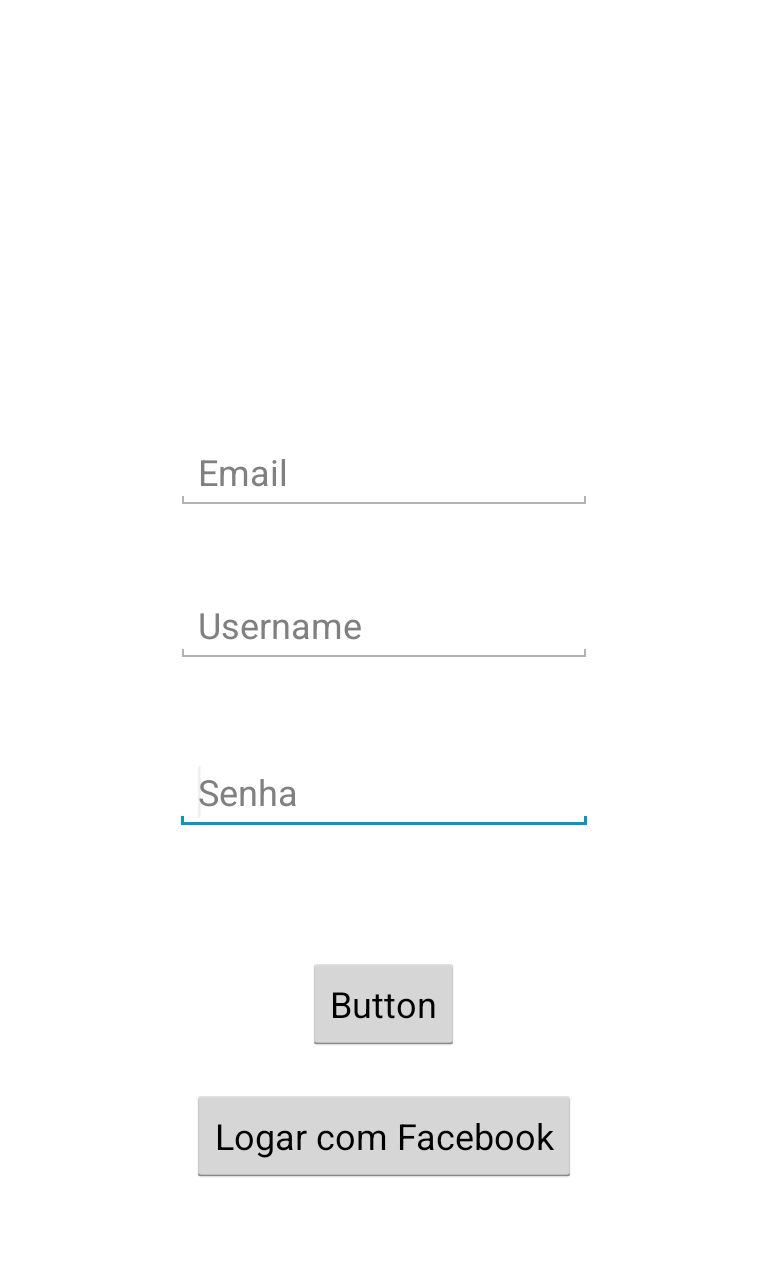
Repository: sergiofffilho/TrocandoIdeias
Layout: workspace/TrocandoIdeias/res/layout/activity_cadastro.xml
These files come from the project's save history. The layout is drawn as it stood at one moment and after a run of saves; the edit follows.
It is drawn on a 768 x 1280 px phone screen (xhdpi) without system bars, with theme AppTheme; the app's code is not run. The app's manifest (not shown) leaves right-to-left support off. So textAlignment, textDirection and layoutDirection are ignored, and left and right values win over start and end ones.

Above is the layout before, as saved 2015-04-25 16:20:26.

### workspace/TrocandoIdeias/res/layout/activity_cadastro.xml
<RelativeLayout xmlns:android="http://schemas.android.com/apk/res/android"
    xmlns:tools="http://schemas.android.com/tools"
    android:layout_width="match_parent"
    android:layout_height="match_parent"
    android:paddingBottom="@dimen/activity_vertical_margin"
    android:paddingLeft="@dimen/activity_horizontal_margin"
    android:paddingRight="@dimen/activity_horizontal_margin"
    android:paddingTop="@dimen/activity_vertical_margin"
    tools:context="ufc.quixada.trocandoideias.Cadastro" >

    <EditText
        android:id="@+id/editText2"
        android:layout_width="wrap_content"
        android:layout_height="wrap_content"
        android:layout_above="@+id/editText3"
        android:layout_centerHorizontal="true"
        android:layout_marginBottom="44dp"
        android:ems="10"
        android:hint="@string/usernameCadastro" />

    <EditText
        android:id="@+id/editText1"
        android:layout_width="wrap_content"
        android:layout_height="wrap_content"
        android:layout_above="@+id/editText2"
        android:layout_centerHorizontal="true"
        android:layout_marginBottom="37dp"
        android:ems="10"
        android:hint="@string/email"
        android:inputType="textEmailAddress" />

    <EditText
        android:id="@+id/editText3"
        android:layout_width="wrap_content"
        android:layout_height="wrap_content"
        android:layout_above="@+id/button1"
        android:layout_alignStart="@+id/editText2"
        android:layout_marginBottom="62dp"
        android:ems="10"
        android:hint="@string/senha" >

        <requestFocus />
    </EditText>

    <Button
        android:id="@+id/button1"
        android:layout_width="wrap_content"
        android:layout_height="wrap_content"
        android:layout_alignParentBottom="true"
        android:layout_centerHorizontal="true"
        android:layout_marginBottom="98dp"
        android:text="Button" />

    <Button
        android:id="@+id/button2"
        android:layout_width="wrap_content"
        android:layout_height="wrap_content"
        android:layout_alignParentBottom="true"
        android:layout_centerHorizontal="true"
        android:layout_marginBottom="32dp"
        android:text="@string/facebook" />

</RelativeLayout>

### workspace/TrocandoIdeias/res/values/strings.xml
<?xml version="1.0" encoding="utf-8"?>
<resources>

    <string name="app_name">TrocandoIdeias</string>
    <string name="hello_world">Hello world!</string>
    <string name="action_settings">Settings</string>
    <string name="username">Email ou Username</string>
    <string name="email">Email</string>
    <string name="usernameCadastro">Username</string>
    <string name="senha">Senha</string>
    <string name="logar">Logar</string>
    <string name="cadastrar">Novo Usuário</string>
    <string name="facebook">Logar com Facebook</string>
    <string name="title_activity_cadastro">Cadastro</string>

</resources>

Loaded but not shown: workspace/TrocandoIdeias/res/values/styles.xml (common file); workspace/TrocandoIdeias/res/values-v11/styles.xml (common file); workspace/TrocandoIdeias/res/values-v14/styles.xml (common file); workspace/TrocandoIdeias/res/values/dimens.xml (common file); workspace/TrocandoIdeias/res/values-w820dp/dimens.xml (common file)

After the next 2 saves:
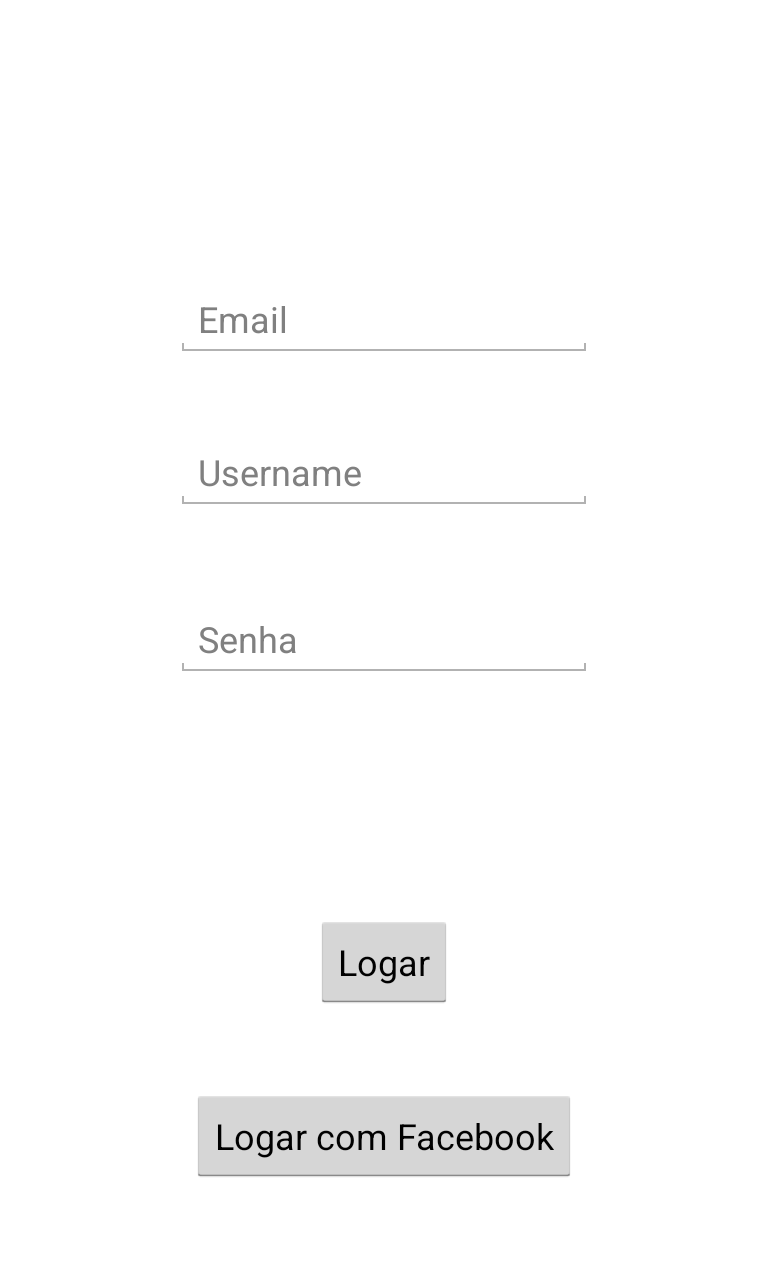
The 2 saves are shown as one change because they came seconds apart.
The last was saved 43 s later.
--- a/workspace/TrocandoIdeias/res/layout/activity_cadastro.xml
+++ b/workspace/TrocandoIdeias/res/layout/activity_cadastro.xml
@@ -29,28 +29,6 @@
         android:hint="@string/email"
         android:inputType="textEmailAddress" />
 
-    <EditText
-        android:id="@+id/editText3"
-        android:layout_width="wrap_content"
-        android:layout_height="wrap_content"
-        android:layout_above="@+id/button1"
-        android:layout_alignStart="@+id/editText2"
-        android:layout_marginBottom="62dp"
-        android:ems="10"
-        android:hint="@string/senha" >
-
-        <requestFocus />
-    </EditText>
-
-    <Button
-        android:id="@+id/button1"
-        android:layout_width="wrap_content"
-        android:layout_height="wrap_content"
-        android:layout_alignParentBottom="true"
-        android:layout_centerHorizontal="true"
-        android:layout_marginBottom="98dp"
-        android:text="Button" />
-
     <Button
         android:id="@+id/button2"
         android:layout_width="wrap_content"
@@ -60,4 +38,22 @@
         android:layout_marginBottom="32dp"
         android:text="@string/facebook" />
 
+    <Button
+        android:id="@+id/button1"
+        android:layout_width="wrap_content"
+        android:layout_height="wrap_content"
+        android:layout_above="@+id/button2"
+        android:layout_centerHorizontal="true"
+        android:layout_marginBottom="39dp"
+        android:text="@string/logar" />
+
+    <EditText
+        android:id="@+id/editText3"
+        android:layout_width="wrap_content"
+        android:layout_height="wrap_content"
+        android:layout_alignStart="@+id/editText2"
+        android:layout_centerVertical="true"
+        android:ems="10"
+        android:hint="@string/senha" />
+
 </RelativeLayout>
